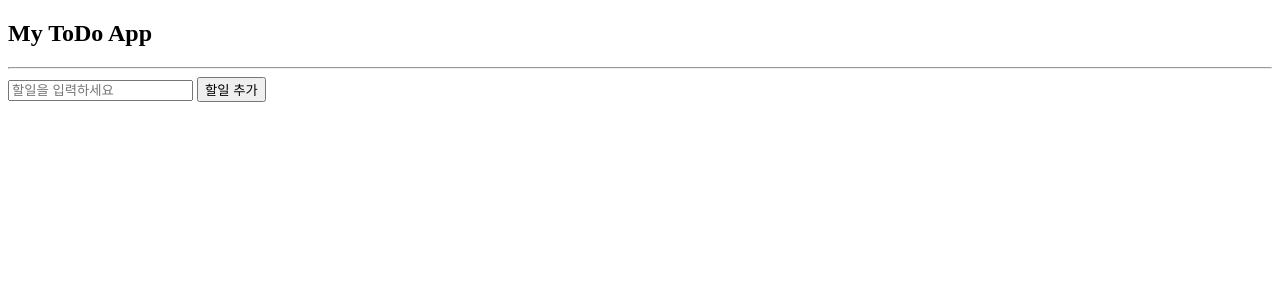
Repository: gold9387/jwbook
Page: jwbook/src/main/webapp/ch03/todoapp.html
The author's editor kept a copy of each file at every save. The page is drawn from the files as they stood at one save, then again after the next save.
The browser window is 1280 px wide. The pictures show the whole page.

Above is the page before, as saved 2023-06-05 11:45:09.

### jwbook/src/main/webapp/ch03/todoapp.html
<!DOCTYPE html>
<html>
<head>
<meta charset="UTF-8">
<title>실습 3-2</title>
</head>
<body>
	<div>
		<h2>My ToDo App</h2>
		<hr />
		<div>
			<input id="item" type="text" placeholder="할일을 입력하세요" />
			<button type="button" onClick="addItem()">할일 추가</button>
		</div>
	</div>
</body>
</html>

After the next save:
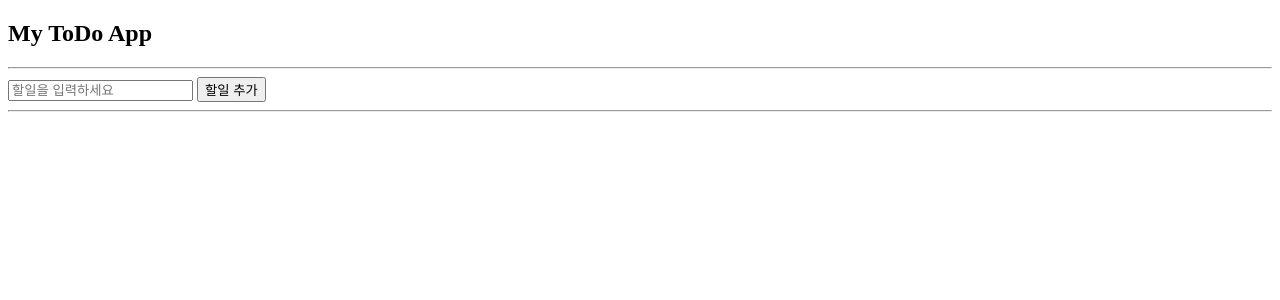
Saved 21 s later.
--- a/jwbook/src/main/webapp/ch03/todoapp.html
+++ b/jwbook/src/main/webapp/ch03/todoapp.html
@@ -12,6 +12,8 @@
 			<input id="item" type="text" placeholder="할일을 입력하세요" />
 			<button type="button" onClick="addItem()">할일 추가</button>
 		</div>
+		<hr />
+		<ul id="todolist"></ul>
 	</div>
 </body>
 </html>
